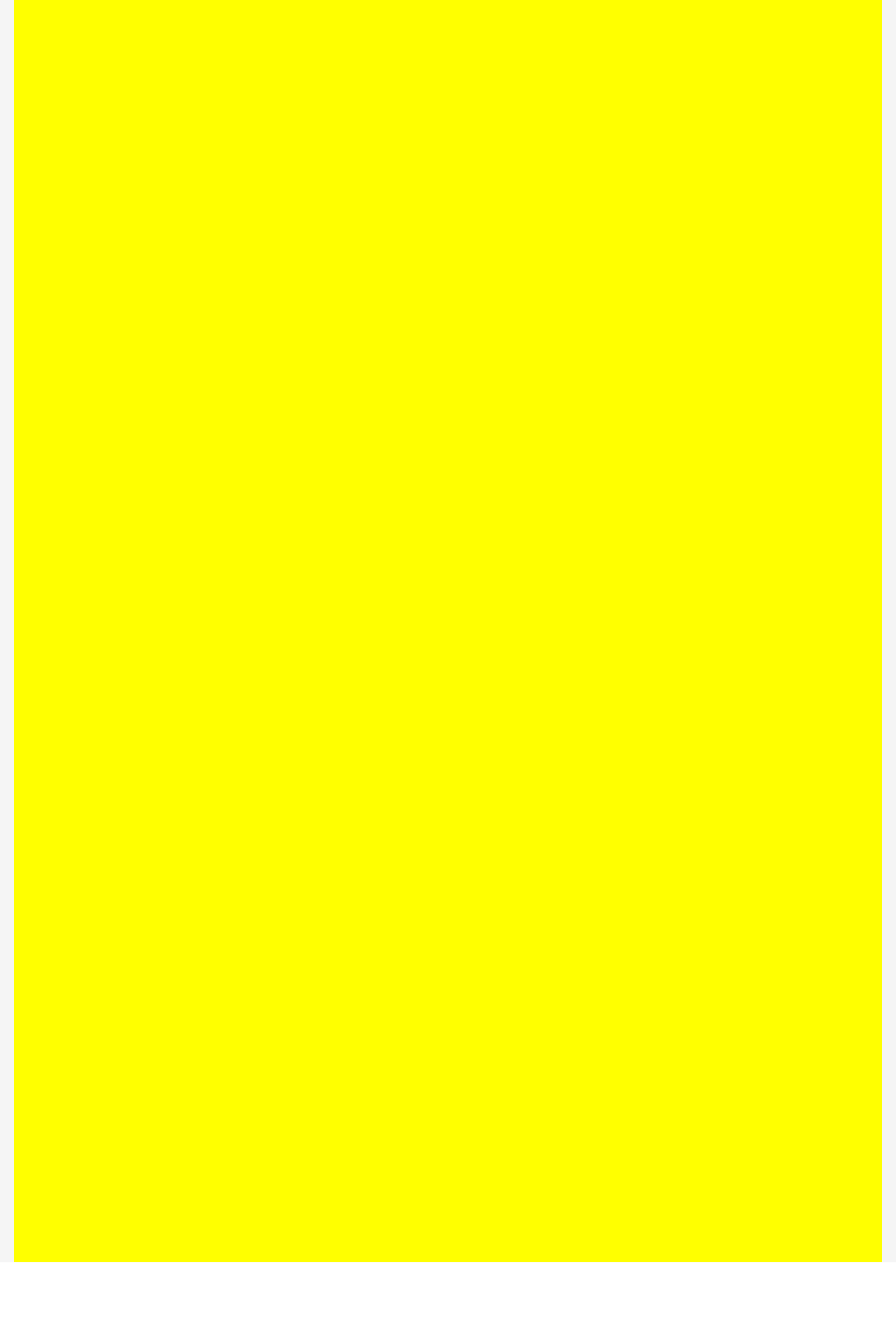
Repository: zhanguangJ/360Mark
Page: main.html
These files come from the project's save history. The page is drawn as it stood at one moment and after a run of saves; the edit follows.
The browser window is 1280 px wide. The pictures show the part of the page from y = 1973 to 3893 px (the page is 3893 px tall), at 70% of full size.

Above is the page before, as saved 2019-05-07 20:47:45.

After the next 2 saves:
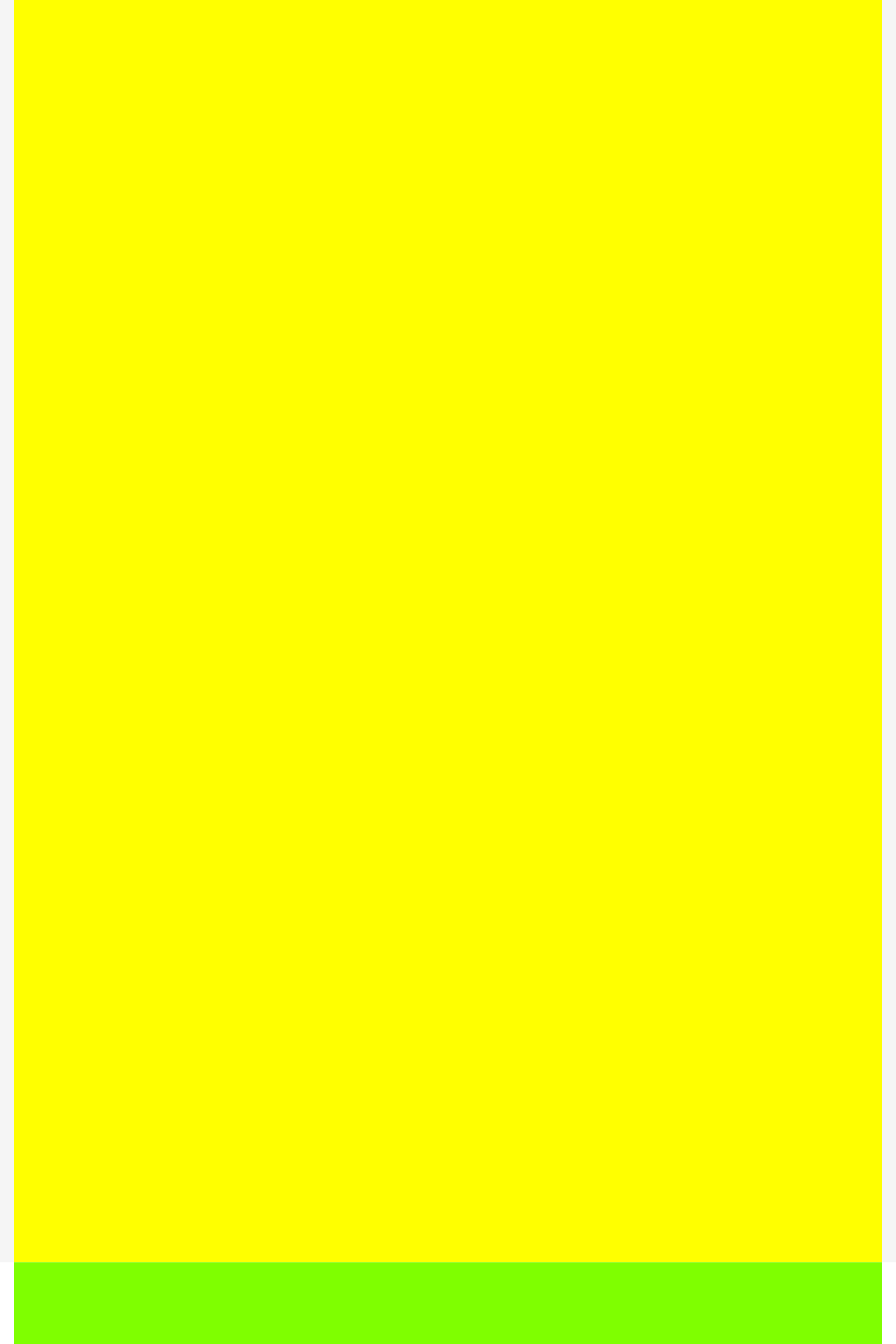
The 2 saves are shown as one change because they came seconds apart.
The last was saved 20 s later.
--- a/src/css/index.css
+++ b/src/css/index.css
@@ -50,10 +50,10 @@
 /* 底部 */
 #mod-foot{
     width: 100%;
-    background: #fff;
+    background: #FFFFFF;
 }
 
 .foot-bannerw{
     height: 117px;
-    /* background: chartreuse; */
+    background: chartreuse;
 }
